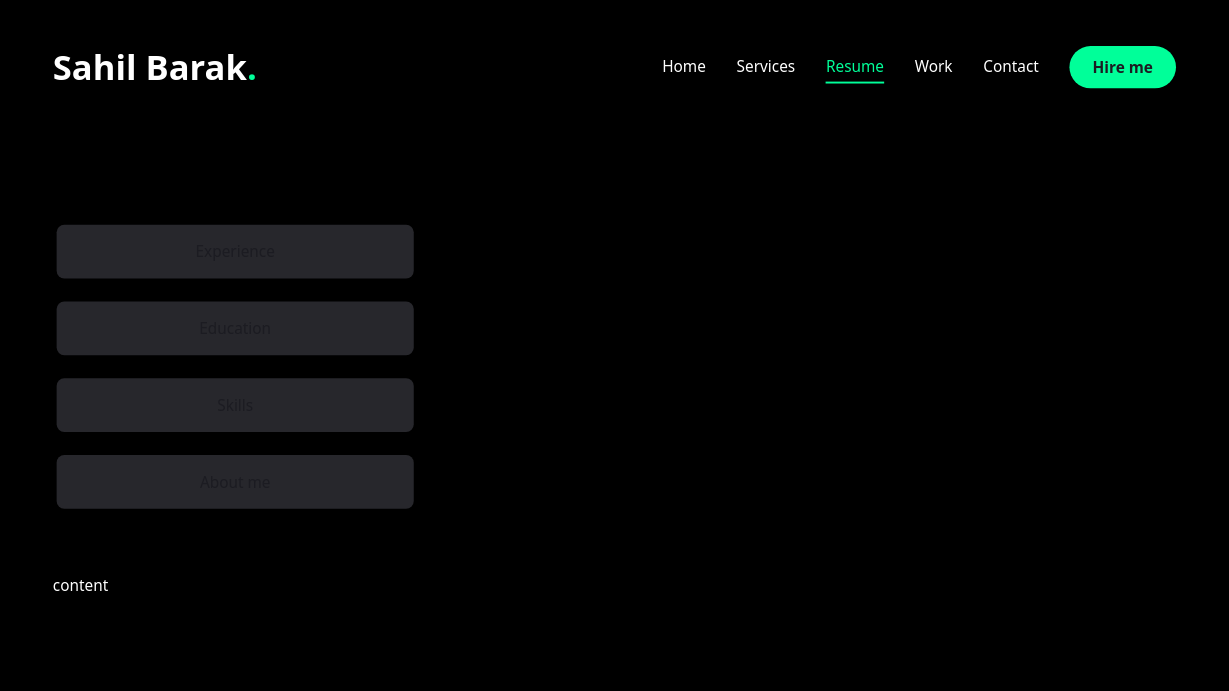
Repository: Moxsahil/My_portfolio
Page: /resume (app in sahil-portfolio/)
The author's editor kept a copy of each file at every save. The page is drawn from the files as they stood at one save, then again after the next save.
The browser window is 1280 px wide. The pictures show the whole page, at 96% of full size.
The project was rebuilt for these pictures with package versions that can differ from the ones it lists, and the page was loaded fresh each time. The framework's server and built-in components were replaced by stand-ins that run in the browser. Also part of the build but not shown: sahil-portfolio/next.config.mjs, sahil-portfolio/components/ui/tooltip.jsx, sahil-portfolio/components/ui/scroll-area.jsx.

Above is the page before, as saved 2024-10-05 21:36:41.

After the next save:
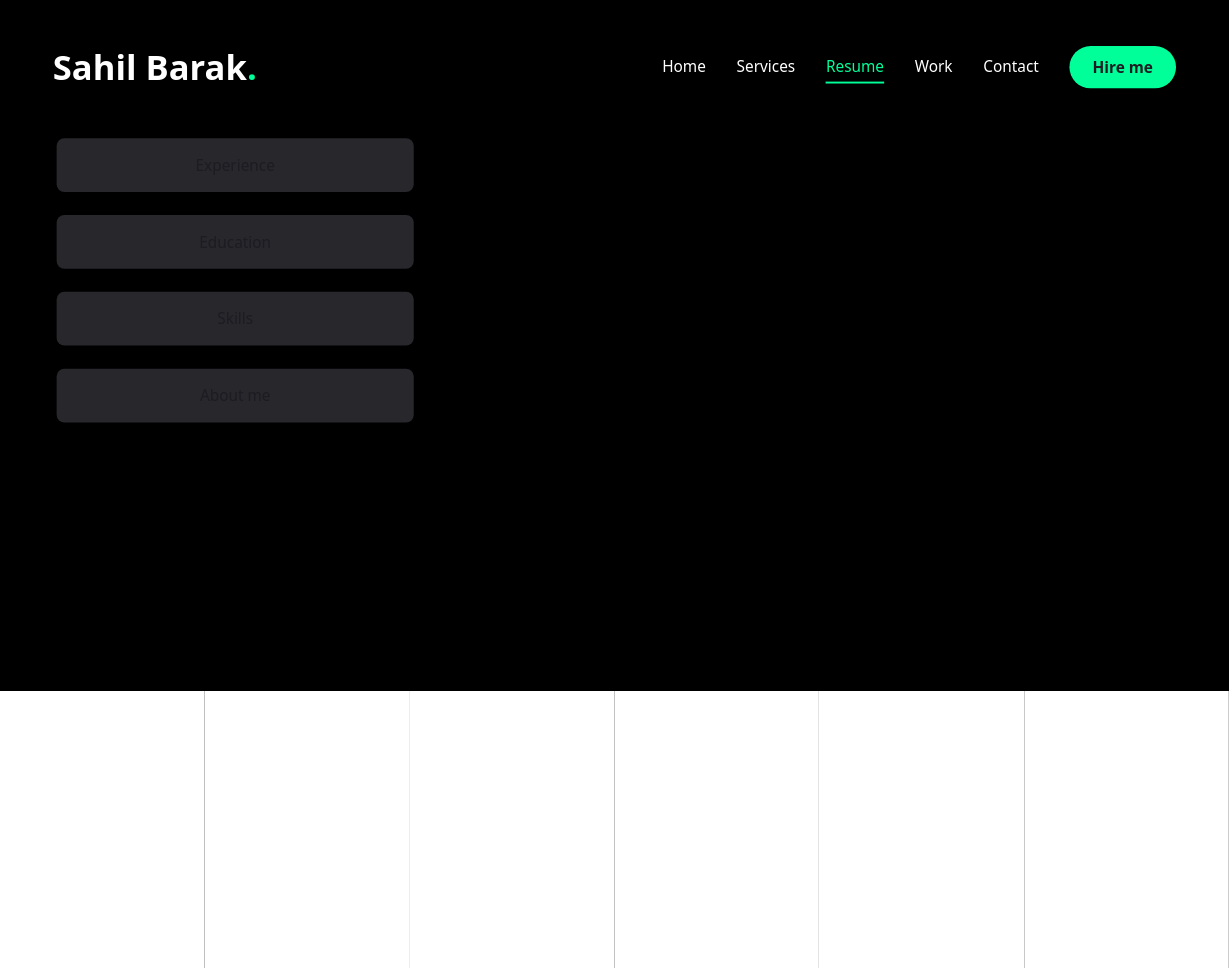
Saved 4 s later.
--- a/sahil-portfolio/app/resume/page.jsx
+++ b/sahil-portfolio/app/resume/page.jsx
@@ -147,7 +147,9 @@
           </TabsList>
 
           {/* content */}
-          <div>content</div>
+          <div className="min-h-[70vh] w-full">
+            <TabsContent value="experience" className="w-full">experience</TabsContent>
+          </div>
 
         </Tabs>
       </div>
